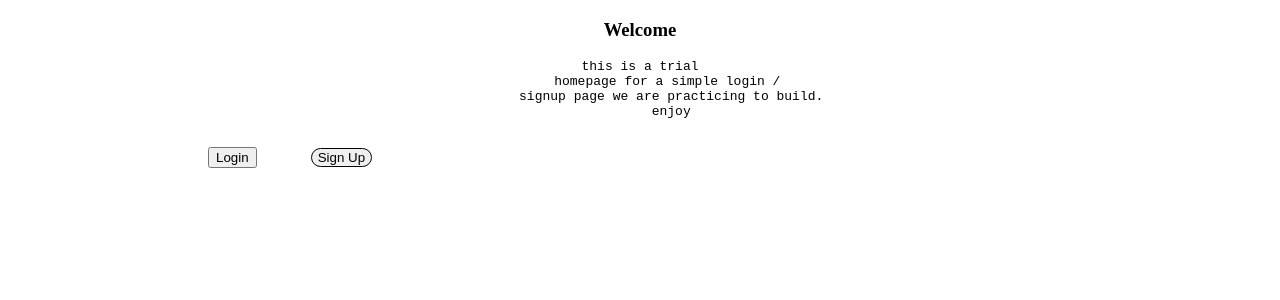
Repository: yhung004/TUTORIAL_PAGE
Page: home.html
An editor plug-in stored every save of this project. The page is shown before and after the next save, followed by the edit.
The browser window is 1280 px wide. The pictures show the whole page.

Above is the page before, as saved 2024-04-09 23:56:29.

After the next save:
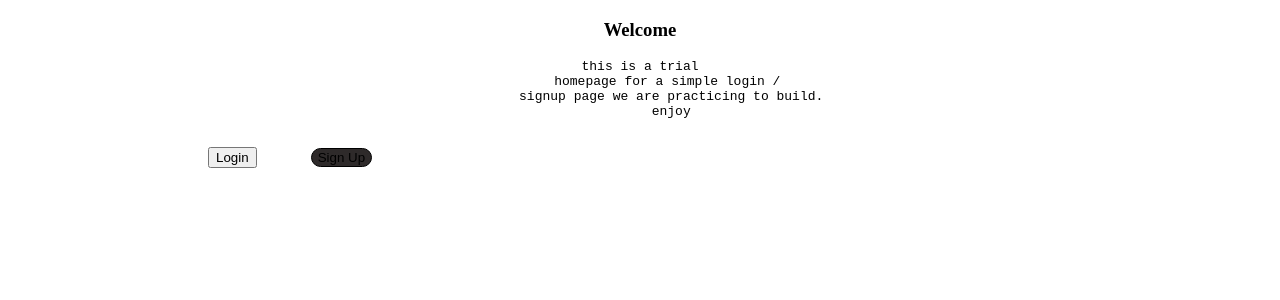
Saved 53 s later.
--- a/main.css
+++ b/main.css
@@ -13,5 +13,5 @@
     margin: 0 -250px 0 250px;
     border : 1px solid black;
     border-radius: 20px;
-    background-color:rgb(red, green, blue);
+    background-color: rgb(46, 42, 42);
 }
